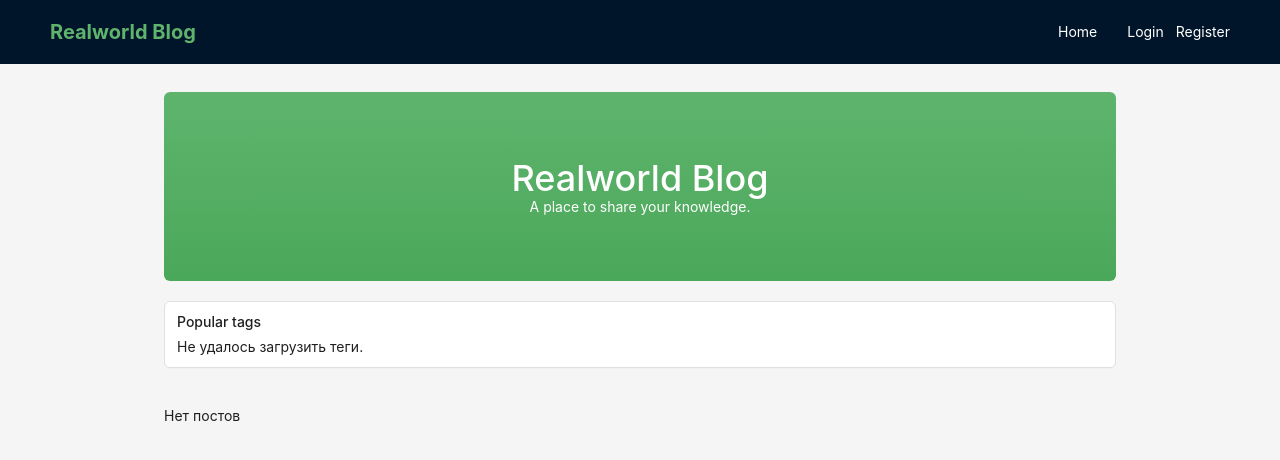
Repository: Rafged/S1mple-blog
Page: / (app in S1mple-blog-main/)
The author's editor kept a copy of each file at every save. The page is drawn from the files as they stood at one save, then again after a run of saves.
The browser window is 1280 px wide. The pictures show the whole page.
The page's requests for data from a server got no answer. The project was rebuilt for these pictures with package versions that can differ from the ones it lists, and the page was loaded fresh each time. No one was signed in, and anything a server would have sent is missing. Also part of the build but not shown: S1mple-blog-main/vite.config.js, S1mple-blog-main/src/pages/Login.jsx, S1mple-blog-main/src/pages/Register.jsx, S1mple-blog-main/src/pages/NewPost.jsx, S1mple-blog-main/src/pages/Settings.jsx, S1mple-blog-main/src/pages/Article.jsx, S1mple-blog-main/src/pages/Profile.css, S1mple-blog-main/src/pages/Profile.jsx.

Above is the page before, as saved 2025-10-06 14:46:52.

### S1mple-blog-main/index.html
<!doctype html>
<html lang="ru">
  <head>
    <meta charset="utf-8" />
    <meta name="viewport" content="width=device-width, initial-scale=1.0" />
    <title>Realworld Vite React</title>
  </head>
  <body>
    <div id="root"></div>
    <script type="module" src="/src/main.jsx"></script>
  </body>
</html>

### S1mple-blog-main/src/main.jsx
import React from 'react'
import { createRoot } from 'react-dom/client'
import { BrowserRouter } from 'react-router-dom'
import App from './App'
import 'antd/dist/reset.css'
import './styles.css'

createRoot(document.getElementById('root')).render(
  <React.StrictMode>
    <BrowserRouter>
      <App/>
    </BrowserRouter>
  </React.StrictMode>
)

### S1mple-blog-main/src/App.jsx
import React, { useEffect, useState } from 'react'
import { Routes, Route, Link, useNavigate } from 'react-router-dom'
import { Layout, Button } from 'antd'
import Home from './pages/Home'
import Login from './pages/Login'
import Register from './pages/Register'
import NewPost from './pages/NewPost'
import Settings from './pages/Settings'
import Article from './pages/Article'
import Profile from './pages/Profile'

const { Header, Content } = Layout

function getUsername(){ return localStorage.getItem('username') || null }

export default function App(){
  const [auth, setAuth] = useState(!!localStorage.getItem('token'))
  const navigate = useNavigate()

  useEffect(()=> {
    function onStorage(){ setAuth(!!localStorage.getItem('token')) }
    window.addEventListener('storage', onStorage)
    return ()=> window.removeEventListener('storage', onStorage)
  },[])

  function doLogout(){
    try{
      localStorage.removeItem('token'); localStorage.removeItem('username'); localStorage.removeItem('user');
    }catch(e){}
    setAuth(false);
    navigate('/');
    window.location.reload();
  }

  return (
    <Layout style={{minHeight:'100vh'}}>
      <Header style={{display:'flex', alignItems:'center', justifyContent:'space-between'}}>
        <div style={{color:'#5fb46d', fontWeight:700, fontSize: '20px'}}>Realworld Blog</div>
        <div>
          <Link to="/" style={{marginRight:30, color:'#fff'}}>Home</Link>
          {auth && <Link to="/new" style={{marginRight:25, color:'#fff'}}>New post</Link>}
          {auth && <Link to="/settings" style={{marginRight:20, color:'#fff'}}>Settings</Link>}
          {auth ? (
            <>
              <Link to={ getUsername() ? ('/profile/' + getUsername()) : '/profile' } style={{marginRight:25, color:'#fff'}}>
                Hi, {getUsername() || 'Unknown'}
              </Link>
              <Button onClick={doLogout}>Log out</Button>
            </>
          ) : (
            <>
              <Link to="/login" style={{marginRight:12, color:'#fff'}}>Login</Link>
              <Link to="/register" style={{color:'#fff'}}>Register</Link>
            </>
          )}
        </div>
      </Header>
      <Content style={{padding:24}}>
        <div style={{maxWidth:960, margin:'0 auto'}}>
          <Routes>
            <Route path="/" element={<Home/>}/>
            <Route path="/login" element={<Login onAuth={() => setAuth(true)}/>}/>
            <Route path="/register" element={<Register onAuth={() => setAuth(true)}/>}/>
            <Route path="/new" element={<NewPost/>}/>
            <Route path="/settings" element={<Settings/>}/>
            <Route path="/article/:slug" element={<Article/>}/>
            <Route path="/profile" element={<Profile/>}/>
            <Route path="/profile/:username" element={<Profile/>}/>
          </Routes>
        </div>
      </Content>
    </Layout>
  )
}

### S1mple-blog-main/src/styles.css
:root{ --green: #55b36b }
body{ font-family: Inter, "Open Sans", Arial, sans-serif; margin:0; background:#fafafa; color:#222 }
.container{ max-width:1600px; margin:0 auto; padding:4px }
.brand{ color:var(--green); font-weight:700; font-size:20px; margin-right:12px }
.banner{ background:linear-gradient(180deg,#5fb46d,#4aa85a); color:#fff; padding:66px; border-radius:6px; margin-bottom:20px }
.meta{ color:#777; margin-top:6px }


/* Cards and Popular Tags box */
.popular-box{
  border:1px solid #e0e0e0;
  border-radius:6px;
  padding:12px;
  background:#fff;
  box-shadow: 0 1px 0 rgba(0,0,0,0.02);
  margin-bottom:20px;
}
.tag-btn{
  padding:6px 10px;
  border-radius:16px;
  border:1px solid #ddd;
  background:#fff;
  cursor:pointer;
  font-size:13px;
}
.article-card{
  border:1px solid #e0e0e0;
  border-radius:6px;
  padding:16px;
  background:#fff;
  margin-bottom:18px;
  margin-left: 1px;
  width: 950px;
  box-shadow: 0 1px 0 rgba(0,0,0,0.02);
}
.article-meta{ color:#7a7a7a; margin-bottom:6px; font-size:14px }
.favorite-badge{
  border:1px solid #5cb85c;
  padding:6px 10px;
  border-radius:8px;
  background:#fff;
  cursor:pointer;
  font-weight:600;
  display:inline-flex;
  align-items:center;
  gap:8px;
}

### S1mple-blog-main/src/pages/Home.jsx
import React, { useEffect, useState } from 'react'
import { getArticles, favoriteArticle, unfavoriteArticle } from '../api'
import { Link } from 'react-router-dom'
import PopularTags from '../components/PopularTags'
import Pagination from '../components/Pagination'

export default function Home(){
  const [articles, setArticles] = useState([])
  const [currentPage, setCurrentPage] = useState(1)
  const [totalPages, setTotalPages] = useState(1)
  const limit = 3

  useEffect(()=> {
    load(currentPage)
  },[currentPage])

  async function load(page = 1){
    try{
      const offset = (page-1)*limit
      const res = await getArticles(`?limit=${limit}&offset=${offset}`)
      setArticles(res.articles || [])
      const count = res.articlesCount || (res.articles ? res.articles.length : 0)
      setTotalPages(Math.max(1, Math.ceil(count / limit)))
    }catch(e){
      console.error(e)
    }
  }

  async function toggleFav(a){
    if(!localStorage.getItem('token')){ alert('Войдите чтобы оценивать'); return; }
    try{
      if(a.favorited) await unfavoriteArticle(a.slug)
      else await favoriteArticle(a.slug)
      await load(currentPage)
    }catch(e){ console.error(e); alert('Ошибка') }
  }

  return (
    <div className="container">
      <div className="banner" style={{textAlign:'center'}}>
        <h1 style={{margin:0, fontSize:36}}>Realworld Blog</h1>
        <p style={{margin:0}}>A place to share your knowledge.</p>
      </div>

      {/* Popular tags at center top */}
      <div style={{display:'flex', justifyContent:'center', marginBottom:20}}>
        <div style={{maxWidth:1200, width:'100%'}}>
          <PopularTags />
        </div>
      </div>

      <div>
        {articles.length === 0 ? <div>Нет постов</div> : articles.map(a => (
          <div key={a.slug} className="article-card">
            <div style={{display:'flex', justifyContent:'space-between', alignItems:'flex-start'}}>
              <div>
                <div className="article-meta"><Link to={`/profile`}>{a.author?.username}</Link> · {new Date(a.createdAt).toLocaleDateString()}</div>
                <Link to={`/article/${a.slug}`} style={{textDecoration:'none'}}>
                  <h2 style={{margin:'8px 0', color:'#222'}}>{a.title}</h2>
                </Link>
                <p style={{color:'#555'}}>{a.description || (a.body && a.body.slice(0,200)+'...')}</p>
                <div style={{marginTop:8}}>
                  {a.tagList && a.tagList.map(t => <span key={t} className="tag-btn">{t}</span>)}
                </div>
              </div>
              <div>
                <button className="favorite-badge" onClick={()=>toggleFav(a)} title="Favorite">
                  ❤️ <span style={{marginLeft:6}}>{a.favoritesCount||0}</span>
                </button>
              </div>
            </div>
          </div>
        ))}
        <Pagination currentPage={currentPage} totalPages={totalPages} onPageChange={(p)=>setCurrentPage(p)} />
      </div>
    </div>
  )
}

### S1mple-blog-main/src/api.js
const API = '/api'

function getToken(){
  return localStorage.getItem('token')
}

function authHeaders(){
  const t = getToken()
  return t ? { 'Authorization': 'Token ' + t } : {}
}

async function request(path, opts = {}){
  const headers = { 'Content-Type': 'application/json', ...(opts.headers||{}), ...authHeaders() }
  const res = await fetch(API + path, {...opts, headers})
  const text = await res.text()
  let body = null
  try { body = text ? JSON.parse(text) : {} } catch(e){ body = {raw: text} }
  if(!res.ok) throw { status: res.status, body }
  return body
}

export async function getArticles(query=''){
  return request('/articles' + (query||''))
}

export async function getArticle(slug){
  return request('/articles/' + slug)
}

export async function favoriteArticle(slug){
  return request('/articles/' + slug + '/favorite', { method: 'POST' })
}
export async function unfavoriteArticle(slug){
  return request('/articles/' + slug + '/favorite', { method: 'DELETE' })
}

export async function getTags(){ return request('/tags') }

export async function login(email, password){ return request('/users/login', { method:'POST', body: JSON.stringify({user:{email, password}}) }) }
export async function register(username,email,password){ return request('/users', { method:'POST', body: JSON.stringify({user:{username,email,password}}) }) }
export async function getCurrentUser(){ return request('/user') }
export async function updateUser(payload){ return request('/user', { method:'PUT', body: JSON.stringify({user: payload}) }) }

export async function createArticle(article){ return request('/articles', { method:'POST', body: JSON.stringify({article}) }) }
export async function getArticlesByAuthor(author){ return request('/articles?author=' + encodeURIComponent(author)) }

### S1mple-blog-main/src/components/PopularTags.jsx
import React, { useEffect, useState } from "react";
import { getTags } from "../api";

const PopularTags = () => {
  const [tags, setTags] = useState([]);
  const [error, setError] = useState(null);

  useEffect(() => {
    const fetchTags = async () => {
      try {
        const res = await getTags();
        if (res && res.tags) setTags(res.tags);
      } catch (e) {
        setError(true);
        console.warn("Failed to load tags", e);
      }
    };
    fetchTags();
  }, []);

  return (
    <div className="popular-box">
      <h4 style={{ margin: "0 0 8px 0" }}>Popular tags</h4>
      {error ? (
        <div>Не удалось загрузить теги.</div>
      ) : (
        <div style={{ display: "flex", gap: 8, flexWrap: "wrap" }}>
          {tags.length === 0 ? <span>Нет тегов</span> : tags.map((t) => (
            <button key={t} className="tag-btn">{t}</button>
          ))}
        </div>
      )}
    </div>
  );
};

export default PopularTags;

### S1mple-blog-main/src/components/Pagination.jsx
import React from "react";

const Pagination = ({ articlesCount, limit, currentPage, onPageChange }) => {
  const pages = Math.ceil(articlesCount / limit);

  return (
    <ul className="pagination">
      {Array.from({ length: pages }, (_, i) => (
        <li
          key={i}
          className={`page-item ${currentPage === i + 1 ? "active" : ""}`}
          onClick={() => onPageChange(i + 1)}
        >
          <span className="page-link">{i + 1}</span>
        </li>
      ))}
    </ul>
  );
};

export default Pagination;

After the next 2 saves:
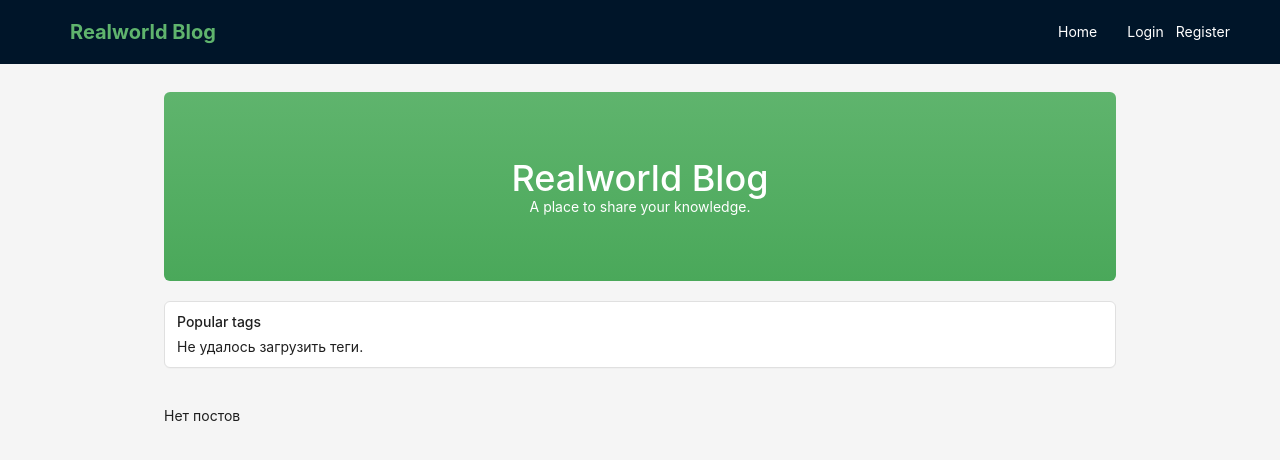
The 2 saves are shown as one change because they came seconds apart.
The last was saved 18 s later.
--- a/S1mple-blog-main/src/App.jsx
+++ b/S1mple-blog-main/src/App.jsx
@@ -35,7 +35,7 @@ export default function App(){
   return (
     <Layout style={{minHeight:'100vh'}}>
       <Header style={{display:'flex', alignItems:'center', justifyContent:'space-between'}}>
-        <div style={{color:'#5fb46d', fontWeight:700, fontSize: '20px'}}>Realworld Blog</div>
+        <div style={{color:'#5fb46d', fontWeight:700, fontSize: '20px', marginLeft: 20}}>Realworld Blog</div>
         <div>
           <Link to="/" style={{marginRight:30, color:'#fff'}}>Home</Link>
           {auth && <Link to="/new" style={{marginRight:25, color:'#fff'}}>New post</Link>}
